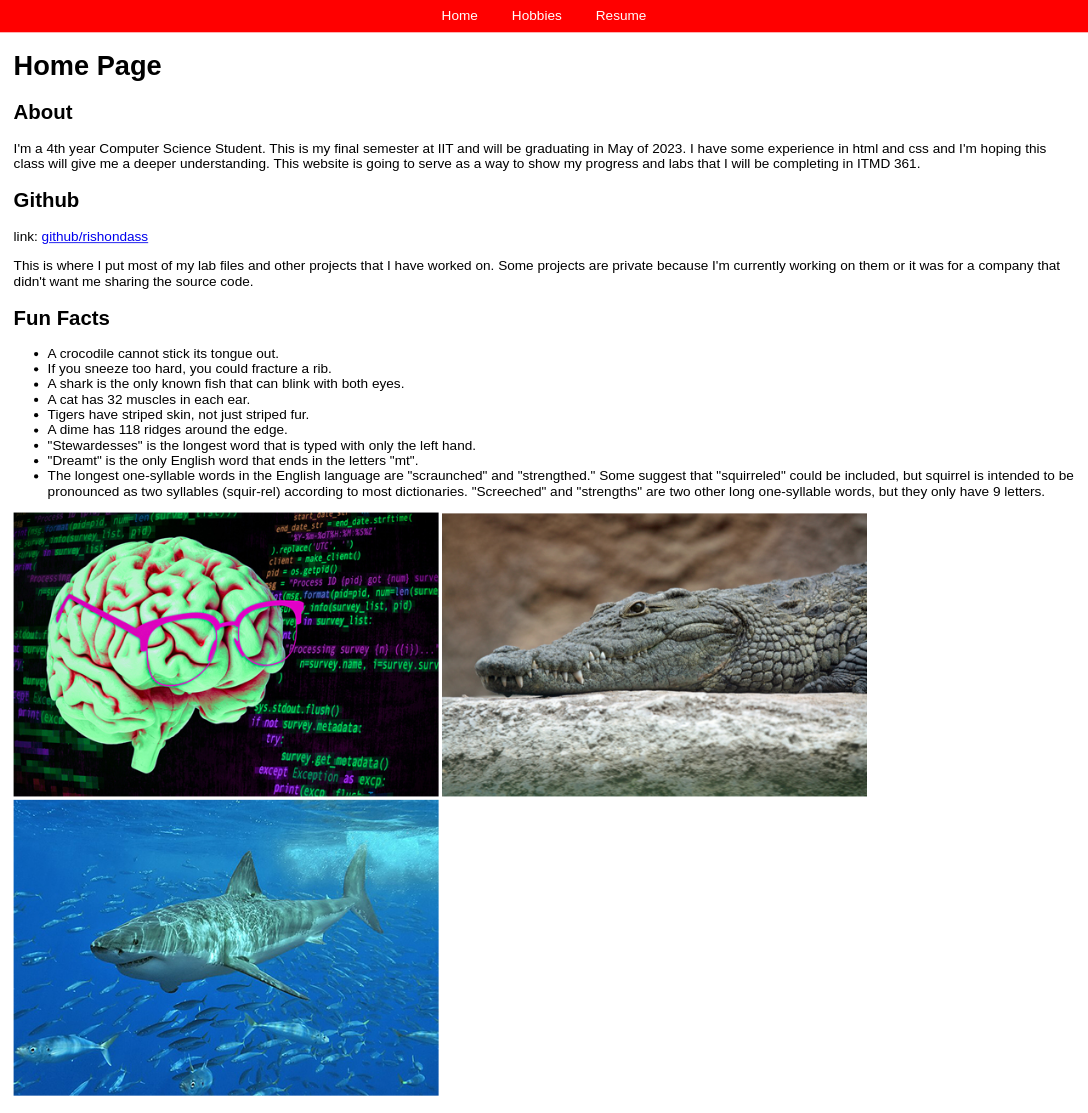
Repository: rishondass/ITMD361-Project2
Page: index.html
The author's editor kept a copy of each file at every save. The page is drawn from the files as they stood at one save, then again after the next save.
The browser window is 1280 px wide. The pictures show the whole page, at 85% of full size.

Above is the page before, as saved 2023-03-07 21:28:59.

After the next save:
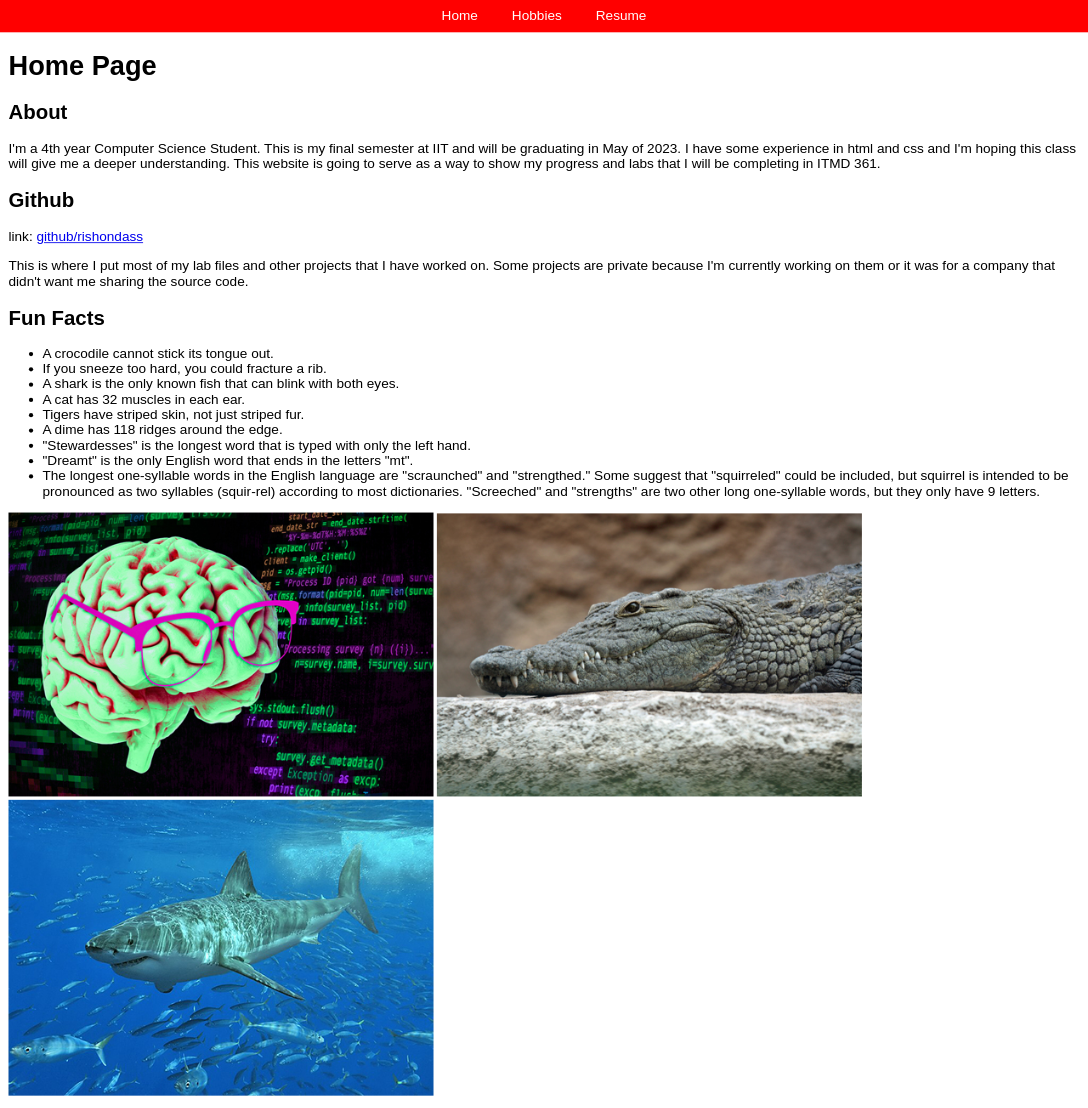
Saved 4 s later.
--- a/css/style.css
+++ b/css/style.css
@@ -25,5 +25,5 @@
 }
 
 #main-container{
-    margin: 1rem;
+    margin: 10px;
 }
